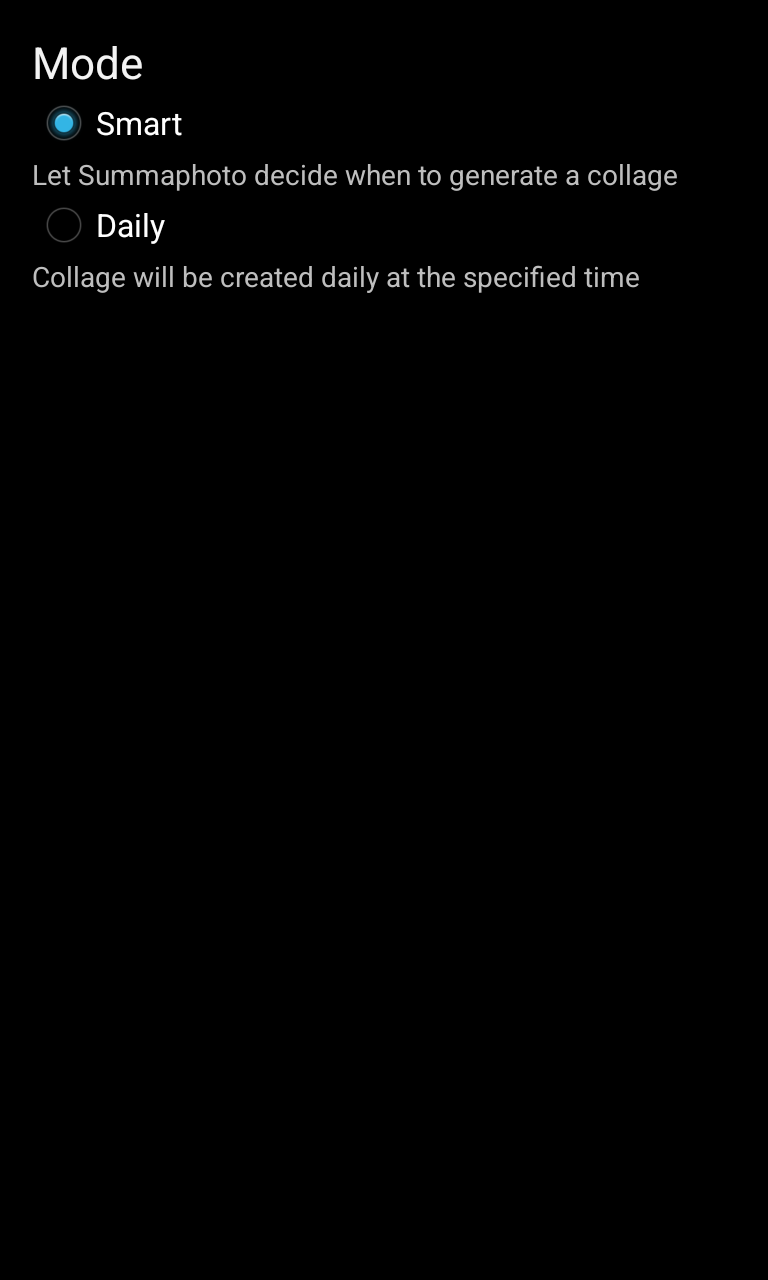
Repository: ulugbekjs/SummaPhoto
Layout: Workshop/res/layout/activity_settings.xml
An editor plug-in stored every save of this project. The layout is shown before and after the next save, followed by the edit.
It is drawn on a 768 x 1280 px phone screen (xhdpi) without system bars, with theme SummaPhotoTheme; the app's code is not run.

Above is the layout before, as saved 2013-08-12 12:02:28.

### Workshop/res/layout/activity_settings.xml
<RelativeLayout xmlns:android="http://schemas.android.com/apk/res/android"
    xmlns:tools="http://schemas.android.com/tools"
    android:layout_width="match_parent"
    android:layout_height="match_parent"
    android:paddingBottom="@dimen/activity_vertical_margin"
    android:paddingLeft="@dimen/activity_horizontal_margin"
    android:paddingRight="@dimen/activity_horizontal_margin"
    android:paddingTop="@dimen/activity_vertical_margin"
    tools:context=".SettingsActivity" >

    <RadioGroup
        android:id="@+id/radioMode"
        android:layout_width="wrap_content"
        android:layout_height="wrap_content" >
         android:text="First Radio Button"

          <TextView
        android:id="@+id/textView1"
        android:layout_width="wrap_content"
        android:layout_height="wrap_content"
        android:text="@string/Mode"
        android:textAppearance="?android:attr/textAppearanceLarge" />


        <RadioButton
            android:id="@+id/radioSmart"
            android:layout_width="wrap_content"
            android:layout_height="wrap_content"
            android:checked="true"
            android:text="@string/Smart" />

        <TextView android:text="@string/SmartDescription" />




        <RadioButton
            android:id="@+id/radioDaily"
            android:layout_width="wrap_content"
            android:layout_height="wrap_content"
            android:text="@string/Daily" />

        <TextView android:text="@string/DailyDescription" />
    </RadioGroup>


</RelativeLayout>

### Workshop/res/values-v11/themes.xml
<?xml version="1.0" encoding="utf-8"?>
<resources>
     <style name="SummaPhotoTheme" parent="@android:style/Theme.Holo">
        <!-- Any customizations for your app running on 3.0+ devices here -->
    </style>
</resources>

### Workshop/res/values-v14/themes.xml
<?xml version="1.0" encoding="utf-8"?>
<resources>
    <style name="SummaPhotoTheme" parent="@android:style/Theme.Holo.NoActionBar.Fullscreen">
        <!-- Any customizations for your app running on 4.0+ devices here -->
    </style>
</resources>

### Workshop/res/values/themes.xml
<?xml version="1.0" encoding="utf-8"?>
<resources>
     <style name="SummaPhotoTheme" parent="@android:style/Theme.Dark.NoTitleBar">
        <!-- Any customizations for your app running on pre-3.0 devices here -->
    </style>
</resources>

### Workshop/res/values/strings.xml
<?xml version="1.0" encoding="utf-8"?>
<resources>

    <string name="app_name">Aworkshop</string>
    <string name="action_settings">Settings</string>
    <string name="hello_world">Hello world!</string>
    <string name="title_activity_settings">SettingsActivity</string>
    <string name="Smart">Smart</string>
    <string name="Daily">Daily</string>
    <string name="SmartDescription">Let Summaphoto decide when to generate a collage</string>
    <string name="DailyDescription">Collage will be created daily at the specified time</string>
    <string name="Mode">Mode</string>

</resources>

Loaded but not shown: Workshop/res/values/dimens.xml (common file)

After the next save:
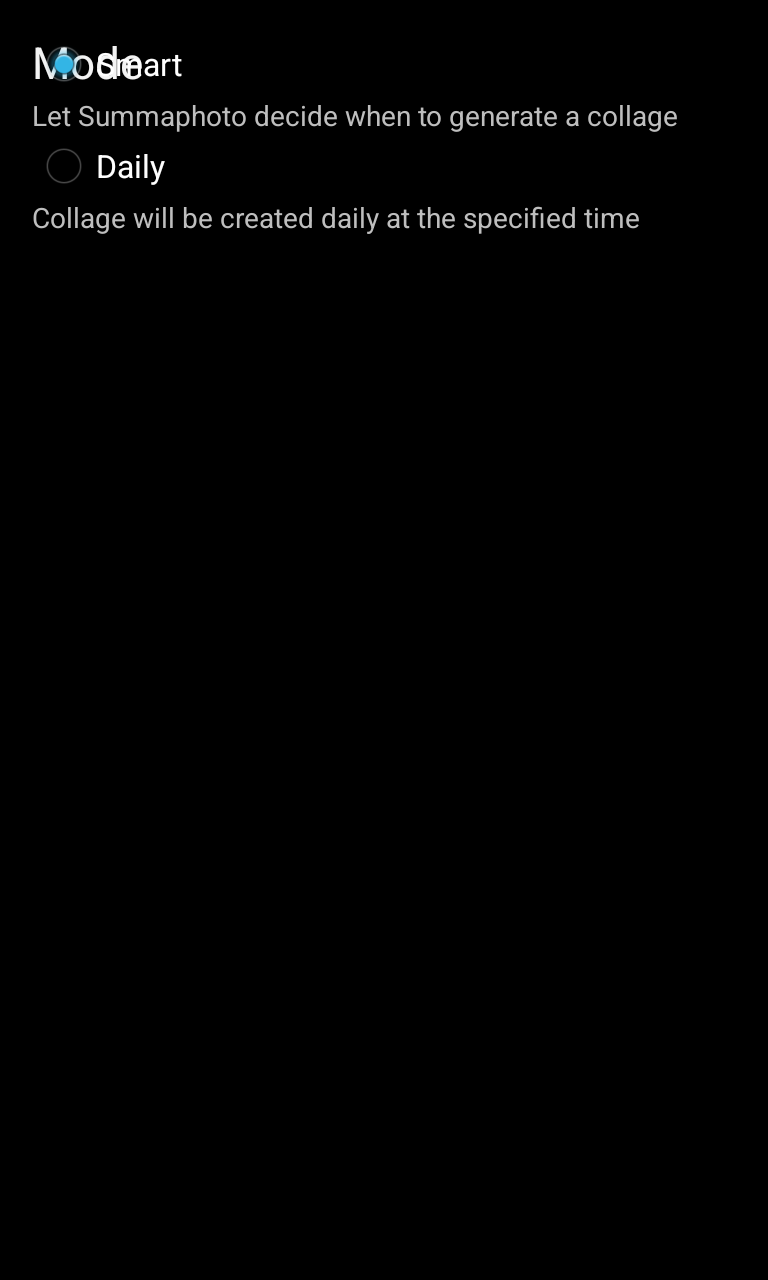
Saved 62 s later.
--- a/Workshop/res/layout/activity_settings.xml
+++ b/Workshop/res/layout/activity_settings.xml
@@ -8,19 +8,17 @@
     android:paddingTop="@dimen/activity_vertical_margin"
     tools:context=".SettingsActivity" >
 
-    <RadioGroup
-        android:id="@+id/radioMode"
-        android:layout_width="wrap_content"
-        android:layout_height="wrap_content" >
-         android:text="First Radio Button"
-
-          <TextView
+    <TextView
         android:id="@+id/textView1"
         android:layout_width="wrap_content"
         android:layout_height="wrap_content"
         android:text="@string/Mode"
         android:textAppearance="?android:attr/textAppearanceLarge" />
 
+    <RadioGroup
+        android:id="@+id/radioMode"
+        android:layout_width="wrap_content"
+        android:layout_height="wrap_content" >
 
         <RadioButton
             android:id="@+id/radioSmart"
@@ -31,9 +29,6 @@
 
         <TextView android:text="@string/SmartDescription" />
 
-
-
-
         <RadioButton
             android:id="@+id/radioDaily"
             android:layout_width="wrap_content"
@@ -43,5 +38,4 @@
         <TextView android:text="@string/DailyDescription" />
     </RadioGroup>
 
-
 </RelativeLayout>
